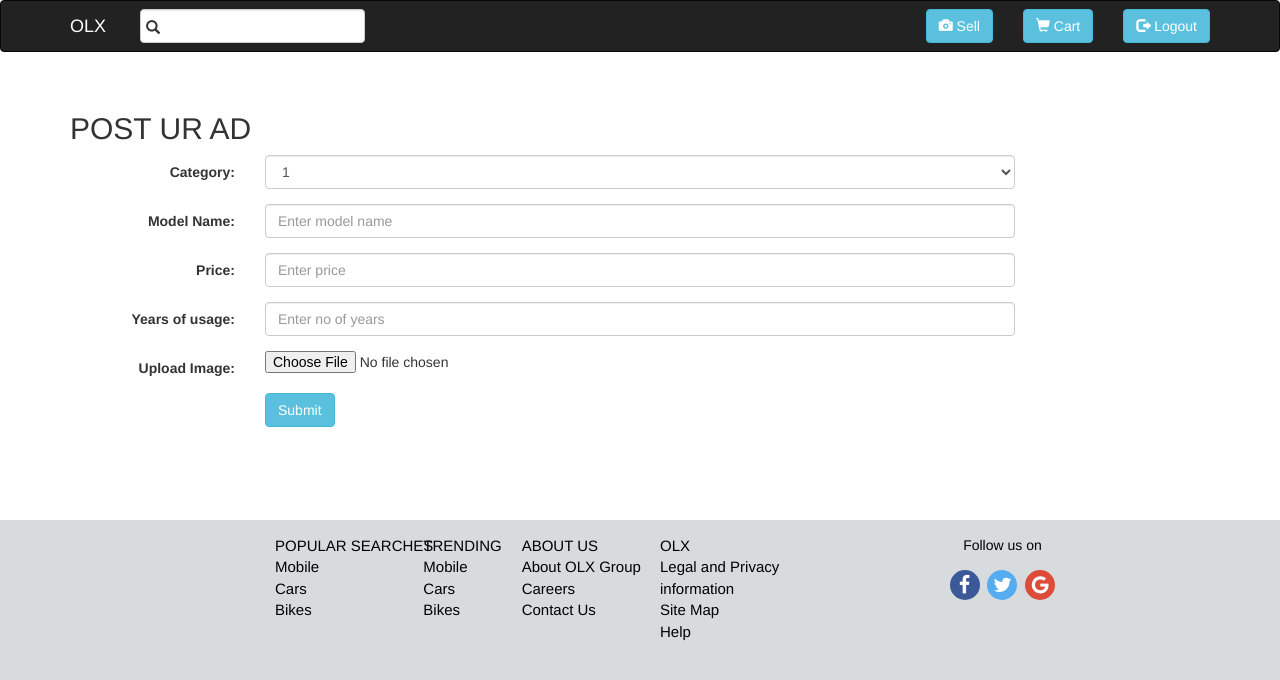
Repository: suganthisarathy/spring_hibernate
Page: http://localhost/olx_resale/WEB-INF/views/SellProduct.jsp
An editor plug-in stored every save of this project. The page is shown before and after the next save, followed by the edit.
The browser window is 1280 px wide. The pictures show the whole page.
The page is served by Tomcat 9. Nobody is signed in. The template is opened directly, without the code that normally fills it, so the values that code supplies are empty.

Above is the page before, as saved 2019-05-29 09:53:21.

After the next save:
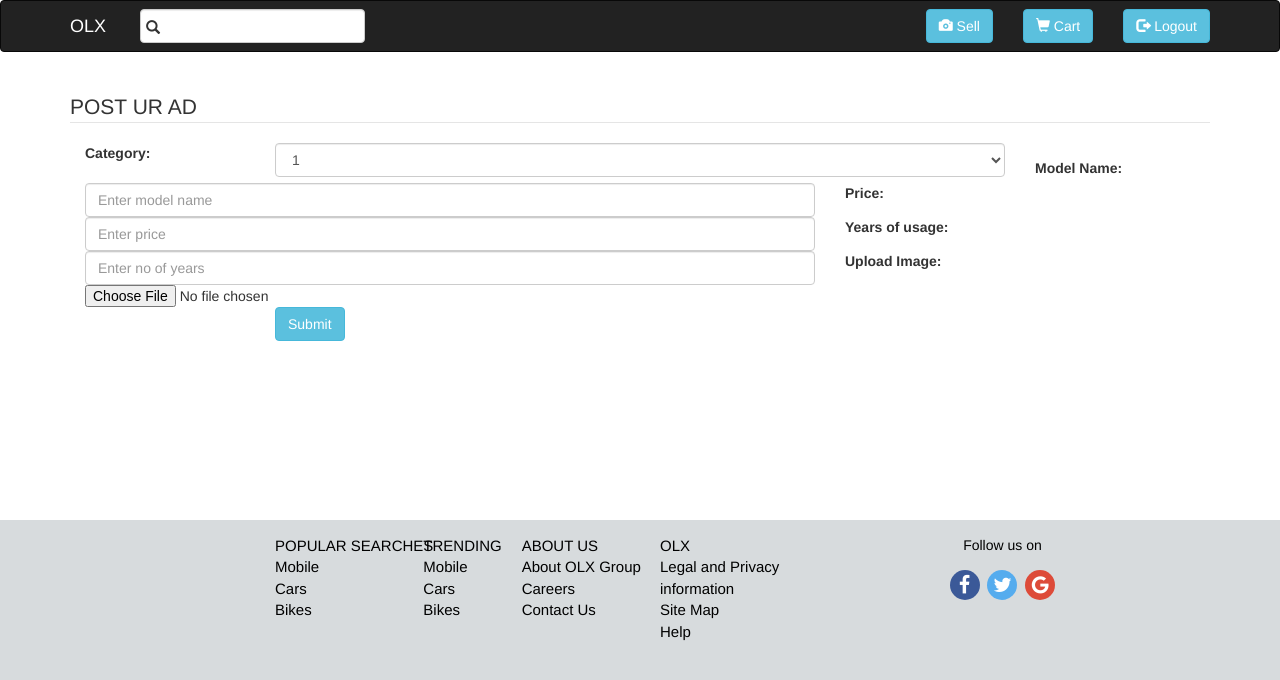
Saved 63 s later.
--- a/olx_resale/src/main/webapp/WEB-INF/views/SellProduct.jsp
+++ b/olx_resale/src/main/webapp/WEB-INF/views/SellProduct.jsp
@@ -18,9 +18,10 @@
 <body>
  <br/>
 <div class="container">
-   <h2>POST UR AD</h2>
-  <div class="card">
-    <div class="card-body"><form class="form-horizontal" action="/action_page.php">
+  <form action="" method="post">
+     <fieldset>
+  <legend>POST UR AD</legend>
+
     <div class="form-group">
       <label class="control-label col-sm-2" for="email">Category:</label>
       <div class="col-sm-8">
@@ -35,8 +36,8 @@
 
       </div>
     </div>
-     <form action="" method="post">
-     <fieldset>
+
+
     <div class="form-group">
       <label class="control-label col-sm-2" for="txt">Model Name:</label>
       <div class="col-sm-8">
